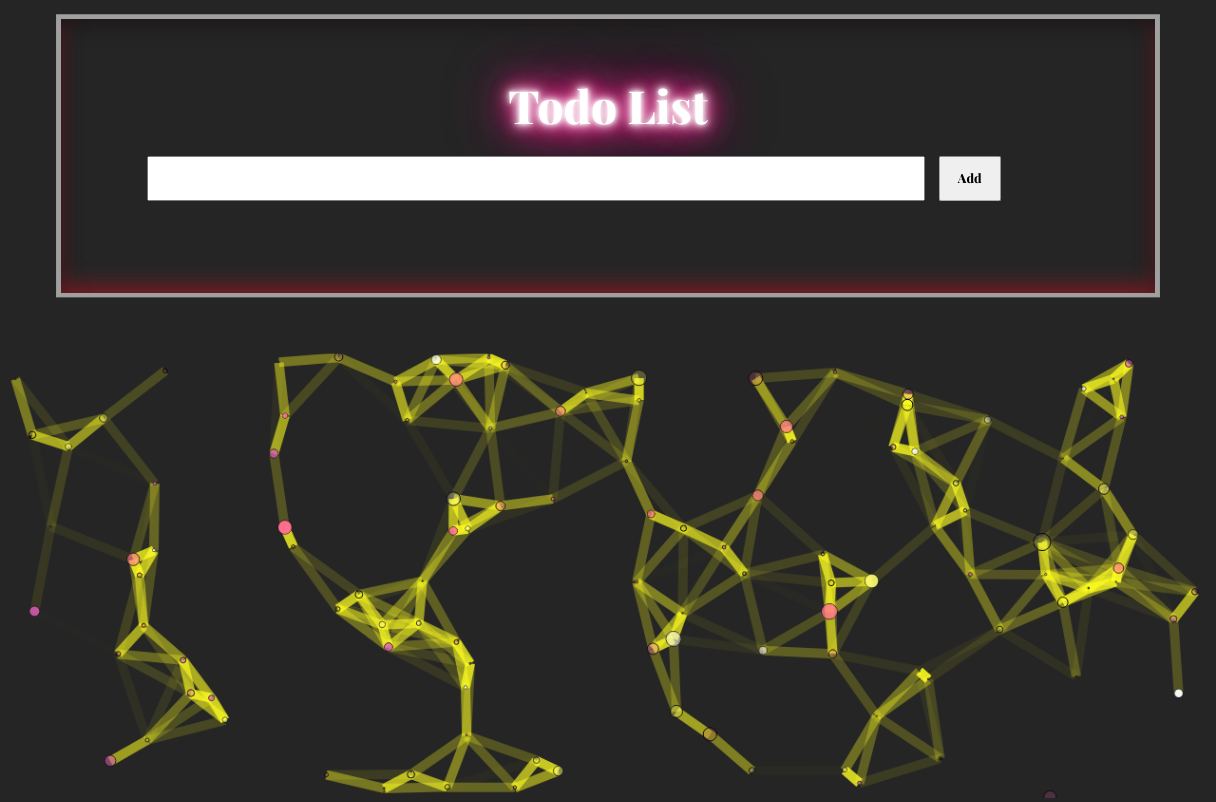
Repository: TENSAEA/----todo
Page: index.html
An editor plug-in stored every save of this project. The page is shown before and after the next save, followed by the edit.
The browser window is 1280 px wide. The pictures show the whole page, at 95% of full size.
Some web fonts or font styles are not loaded; a fallback is used.

Above is the page before, as saved 2023-10-25 14:31:55.

After the next save:
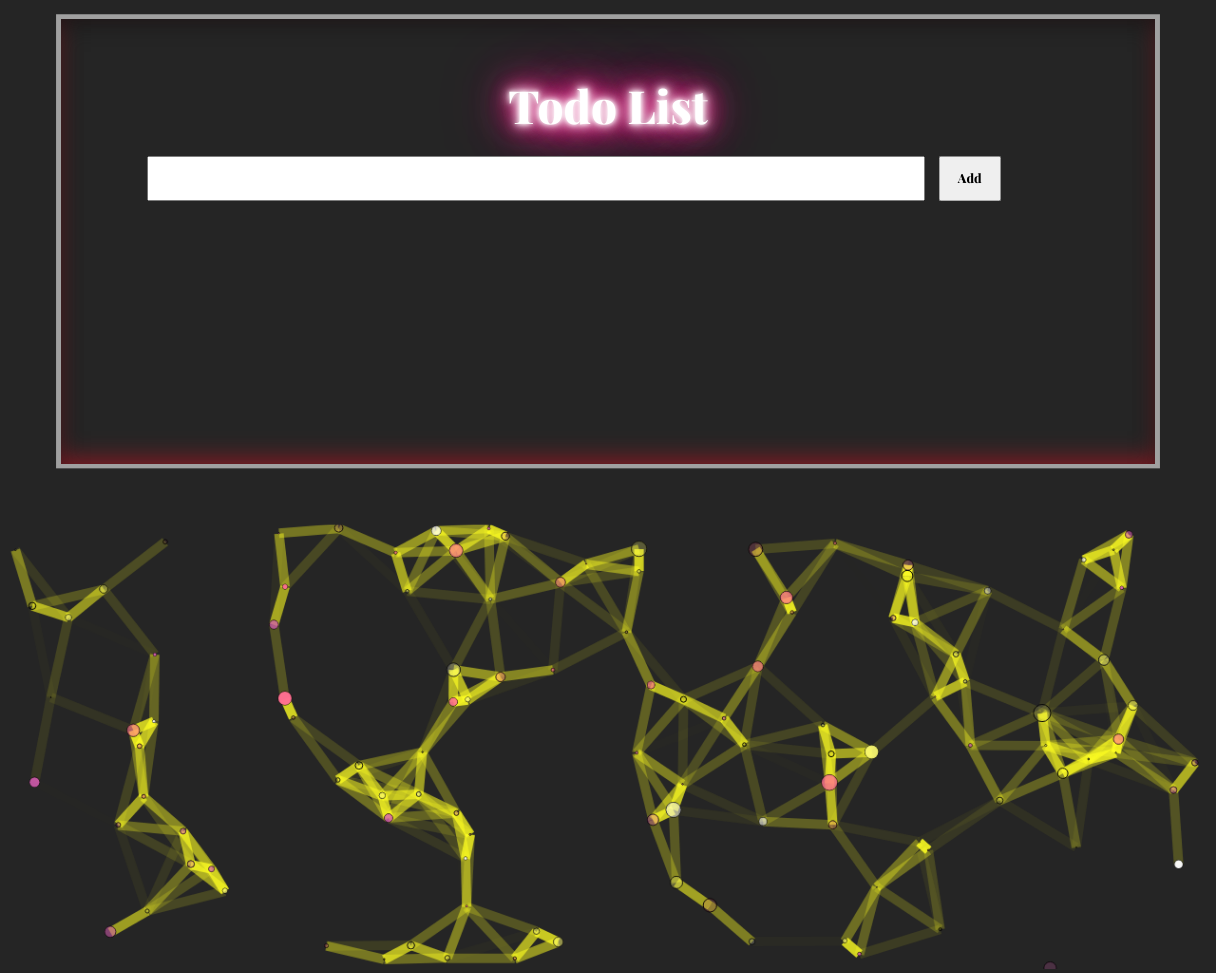
Saved 63 s later.
--- a/style.css
+++ b/style.css
@@ -29,7 +29,7 @@ box-shadow: 0px 0px 0px 5px #A0A0A0, inset 0px 10px 27px -8px #141414, inset 0px
     margin:5%;
     margin-top:20px;
     flex-grow: 1;
-    flex:1;
+    height: 100%;
 }
 
 .container h1{
